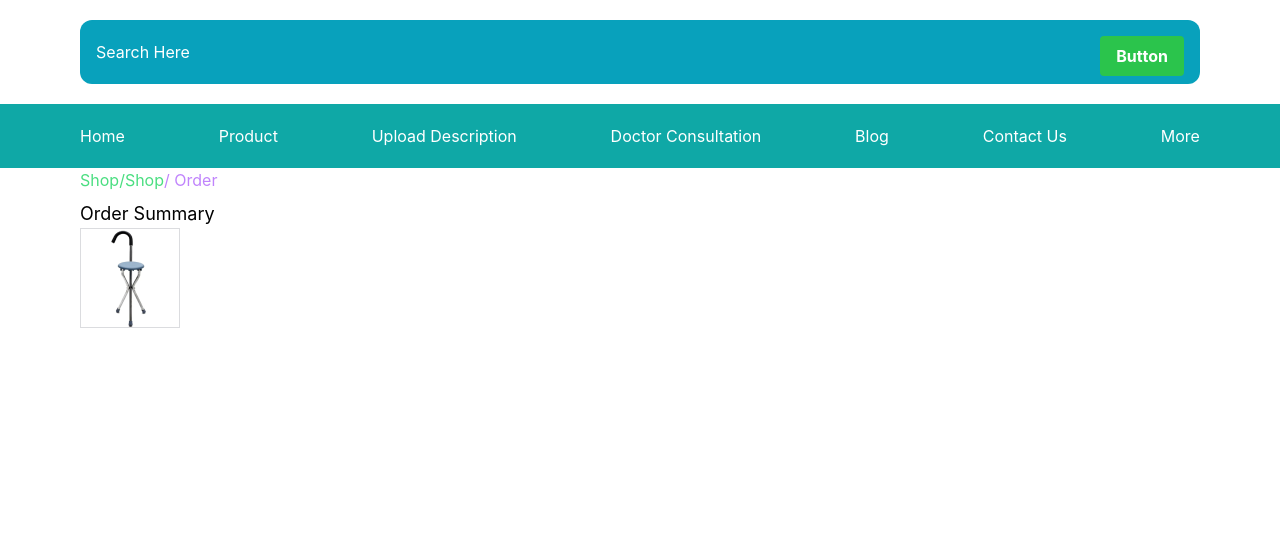
Repository: arafatmollah/pharma
Page: /
An editor plug-in stored every save of this project. The page is shown before and after a run of saves, followed by the edit.
The browser window is 1280 px wide. The pictures show the whole page.
The project was rebuilt for these pictures with package versions that can differ from the ones it lists, and the page was loaded fresh each time.

Above is the page before, as saved 2023-03-12 01:54:34.

### src/App.js

import './App.css';
import Nav from './Nav';
import Order from './Order';

function App() {
  return (
    <div className="App">
      <Nav></Nav>
      <Order></Order>
    </div>
  );
}

export default App;

### src/App.css
.box-border{
    background-color: #08A1BC;
}
.btn {
    @apply font-bold py-2 px-4 rounded;
    background-color: #2BC44C;
    color: white;
  }
  .btn-blue {
    @apply bg-blue-500 text-white;
  }
  .btn-blue:hover {
    @apply bg-blue-700;
  }
.nav{
    background-color: #0FA8A6;
}
.order{
    border: 1px solid rgb(175, 175, 175);
    border-width: 50%;
}

### src/Nav.js
import React from 'react'
import './App.css';

function Nav() {
  return (
    <div>
        <div className='box-border h-16 w-100 p-4 mx-20 my-5 rounded-xl'>
          <div className='flex justify-between align-middle'>
                <p className='text-white mt-1'>Search Here</p>
                <button class="btn mb-1"> Button</button>
          </div>
        </div>
        <div className='box-border h-16 w-100 nav'>
            <div className='flex mx-20 items-center justify-between text-white'>
            <div className='mt-5'>Home</div>
            <div className='mt-5'> Product</div>
            <div className='mt-5'>Upload Description</div>
            <div className='mt-5'>Doctor Consultation</div>
            <div className='mt-5'>Blog</div>
            <div className='mt-5'>Contact Us</div>
            <div className='mt-5'>More</div>
            </div>
        </div>
    </div>
  )
}

export default Nav

### src/Order.js
import React from 'react'
import img from './images/img.png'
import im from './images/im.png'

function order() {
  return (
    <div>
        <div className='flex mx-20'>
            <p className='text-green-400'>Shop</p>
            <p className='text-green-400'>/Shop</p>
            <p className='text-purple-400'>/ Order</p>
        </div>
        <div className='mt-2 mx-20'>
          <h3 className='text-lg'>Order Summary</h3>
        </div>
        <div className='mx-20 flex'>

          <div>
          <div>
            <img src={img}></img>
          </div>
        </div>
        </div>

    </div>
  )
}

export default order

Loaded but not shown: public/index.html (common file); src/index.js (common file); src/index.css (common file); src/reportWebVitals.js (common file); tailwind.config.js (common file)

After the next 3 saves:
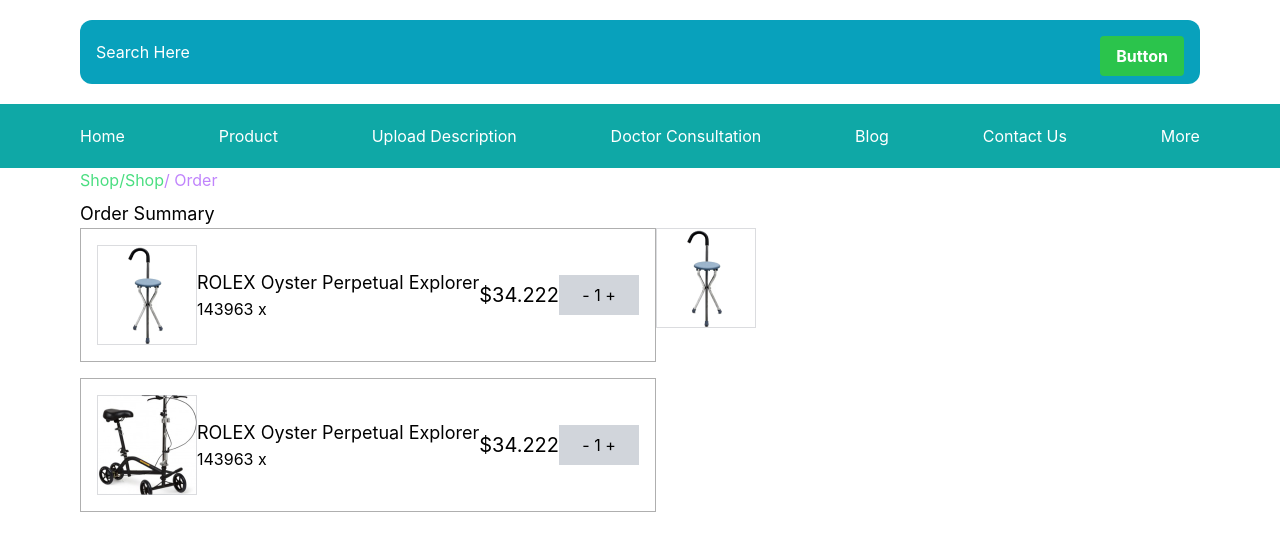
The 3 saves are shown as one change because they came seconds apart.
The last was saved 6 s later.
--- a/src/Order.js
+++ b/src/Order.js
@@ -14,7 +14,40 @@ function order() {
           <h3 className='text-lg'>Order Summary</h3>
         </div>
         <div className='mx-20 flex'>
-
+          <div>
+          <div className='flex border-box p-4 order justify-center items-center justify-between'>
+            <div>
+              <img src={img}></img>
+            </div>
+            <div>
+              <h1 className='text-lg'>ROLEX Oyster Perpetual Explorer</h1>
+              <p>143963 x</p>
+            </div>
+            <div>
+              <h3 className='text-xl'>$34.222</h3>
+            </div>
+            <div className='bg-gray-300 h-10 w-20 flex justify-center items-center'>
+                - 1 +
+              </div>
+          </div>
+          <div className='flex border-box p-4 order mt-4 justify-between justify-center items-center'>
+            <div>
+              <img src={im}></img>
+            </div>
+            <div>
+              <h1 className='text-lg'>ROLEX Oyster Perpetual Explorer</h1>
+              <p>143963 x</p>
+            </div>
+            <div>
+              <h3 className='text-xl'>$34.222</h3>
+            </div>
+            <div>
+              <div className='bg-gray-300 h-10 w-20 flex justify-center items-center'>
+                - 1 +
+              </div>
+            </div>
+          </div>
+          </div>
           <div>
           <div>
             <img src={img}></img>
